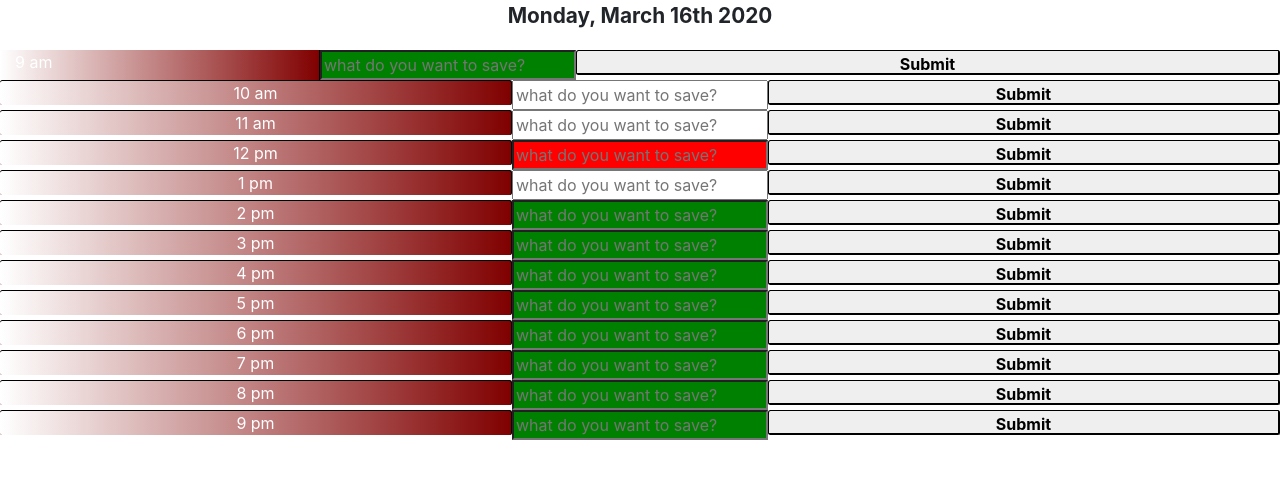
Repository: kkyler24/DayPlanner
Page: Index.html
An editor plug-in stored every save of this project. The page is shown before and after the next save, followed by the edit.
The browser window is 1280 px wide. The pictures show the whole page.
Some web libraries are served in a nearby version.

Above is the page before, as saved 2020-03-29 22:23:26.
Console error: ReferenceError: array is not defined

After the next save:
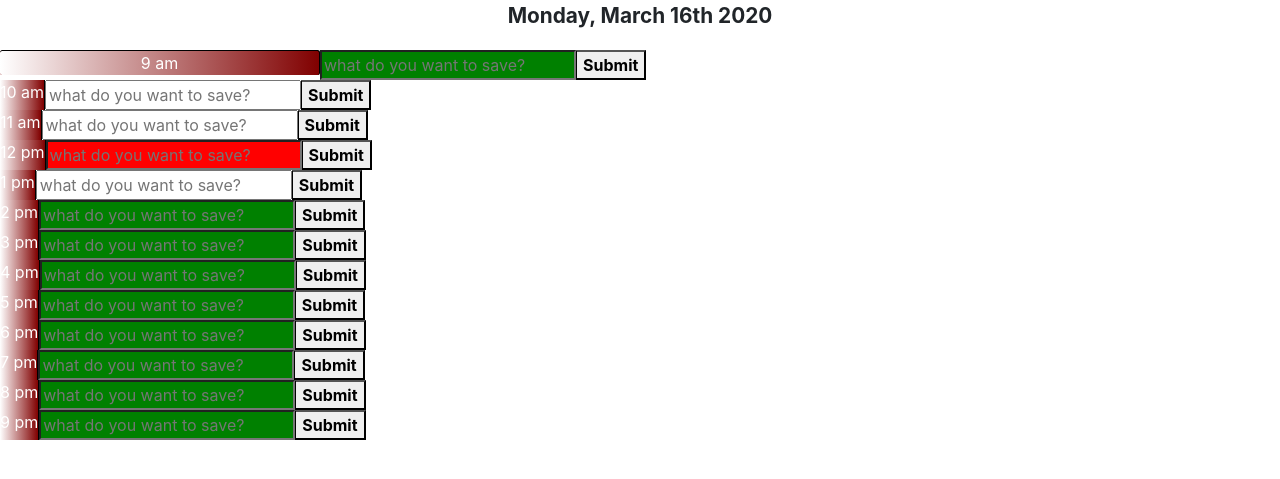
Saved 27 s later.
--- a/Assets/todocss/todostyles.css
+++ b/Assets/todocss/todostyles.css
@@ -20,7 +20,7 @@ Planner
 .future {
   background-color: green;
 }
-.column-small {
+.col-3 {
   flex-grow: 1;
   display: inline-block;
   text-align: center;
@@ -29,7 +29,7 @@ Planner
   border-top: 1px solid black;
   border-radius: 2.5px;
 }
-.column-large {
+.col-4 {
   flex-grow: 10;
   display: inline-block;
   text-align: center;
